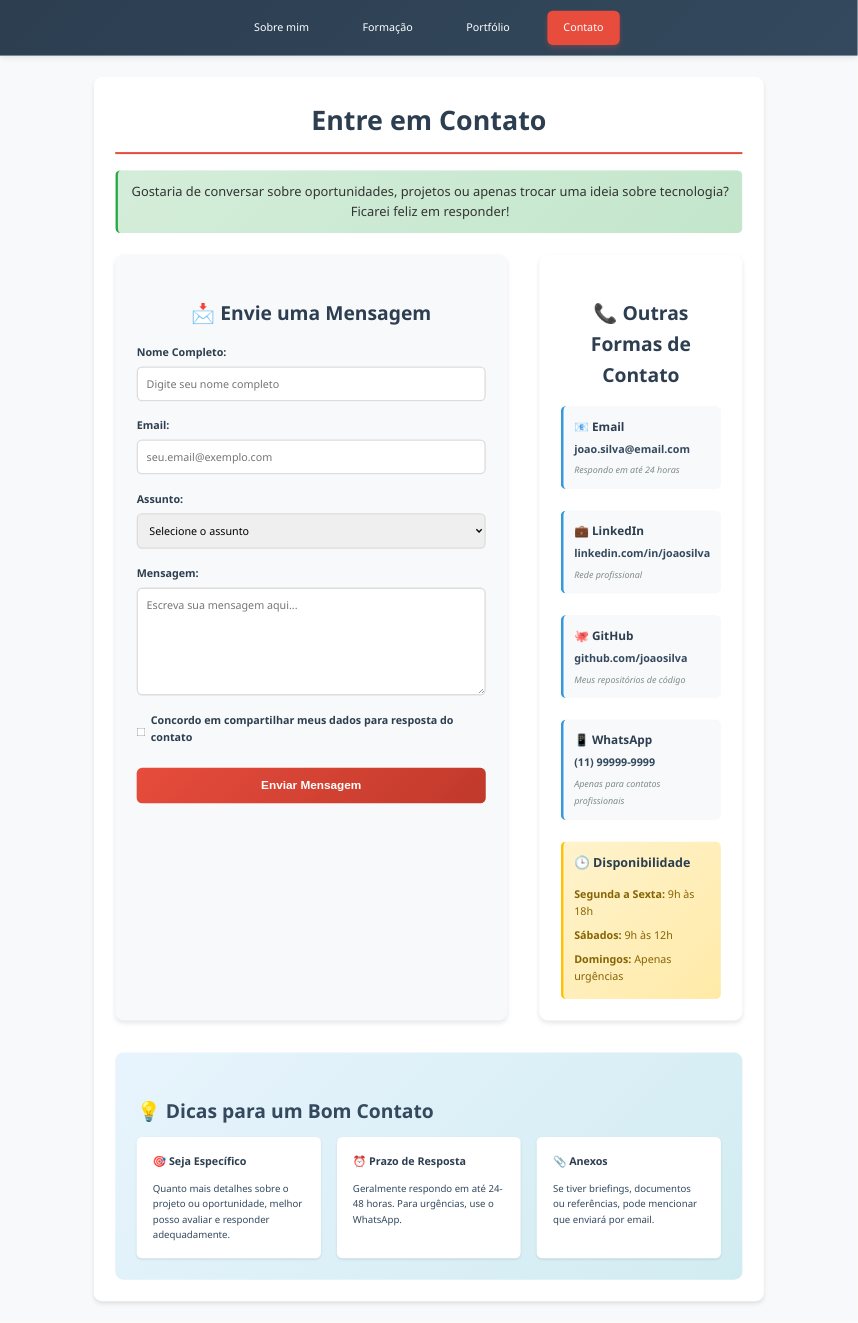
Repository: AnderHonorato/meu-portfolio
Page: contato.html
An editor plug-in stored every save of this project. The page is shown before and after the next save, followed by the edit.
The browser window is 1280 px wide. The pictures show the whole page, at 67% of full size.

Above is the page before, as saved 2025-08-26 19:59:50.

### contato.html
<!DOCTYPE html>
<html lang="pt-br">
<head>
    <meta charset="UTF-8">
    <meta name="viewport" content="width=device-width, initial-scale=1.0">
    <title>Contato - João Silva</title>
    <link rel="stylesheet" href="css/style.css">
</head>
<body>
    <!-- Menu de navegação idêntico em todas as páginas -->
    <nav class="menu">
        <ul>
            <li><a href="index.html">Sobre mim</a></li>
            <li><a href="formacao.html">Formação</a></li>
            <li><a href="portfolio.html">Portfólio</a></li>
            <li><a href="contato.html" class="ativo">Contato</a></li>
        </ul>
    </nav>

    <!-- Conteúdo específico da página de contato -->
    <main class="conteudo">
        <h1>Entre em Contato</h1>

        <p class="intro-contato">Gostaria de conversar sobre oportunidades, projetos ou apenas trocar uma ideia sobre tecnologia? Ficarei feliz em responder!</p>

        <div class="contato-container">
            <!-- Formulário de contato visual -->
            <div class="formulario-contato">
                <h2>📩 Envie uma Mensagem</h2>

                <!-- Formulário apenas visual (não funcional) -->
                <form class="form-contato" id="formContato">
                    <div class="campo">
                        <label for="nome">Nome Completo:</label>
                        <input type="text" id="nome" name="nome" placeholder="Digite seu nome completo" required>
                    </div>

                    <div class="campo">
                        <label for="email">Email:</label>
                        <input type="email" id="email" name="email" placeholder="seu.email@exemplo.com" required>
                    </div>

                    <div class="campo">
                        <label for="assunto">Assunto:</label>
                        <select id="assunto" name="assunto" required>
                            <option value="">Selecione o assunto</option>
                            <option value="oportunidade">Oportunidade de Trabalho</option>
                            <option value="projeto">Proposta de Projeto</option>
                            <option value="duvida">Dúvida Técnica</option>
                            <option value="networking">Networking</option>
                            <option value="outros">Outros</option>
                        </select>
                    </div>

                    <div class="campo">
                        <label for="mensagem">Mensagem:</label>
                        <textarea id="mensagem" name="mensagem" rows="6" placeholder="Escreva sua mensagem aqui..." required></textarea>
                    </div>

                    <!-- Checkbox de aceite -->
                    <div class="campo checkbox">
                        <input type="checkbox" id="aceite" name="aceite" required>
                        <label for="aceite">Concordo em compartilhar meus dados para resposta do contato</label>
                    </div>

                    <button type="submit" class="btn-enviar">Enviar Mensagem</button>
                </form>

                <!-- Mensagem de retorno (inicialmente oculta) -->
                <div id="mensagemRetorno" class="mensagem-retorno" style="display: none;">
                    <p>✅ Mensagem enviada com sucesso! Responderei em breve.</p>
                </div>
            </div>

            <!-- Informações de contato direto -->
            <div class="info-contato">
                <h2>📞 Outras Formas de Contato</h2>

                <div class="contato-item">
                    <h3>📧 Email</h3>
                    <p>joao.silva@email.com</p>
                    <small>Respondo em até 24 horas</small>
                </div>

                <div class="contato-item">
                    <h3>💼 LinkedIn</h3>
                    <p>linkedin.com/in/joaosilva</p>
                    <small>Rede profissional</small>
                </div>

                <div class="contato-item">
                    <h3>🐙 GitHub</h3>
                    <p>github.com/joaosilva</p>
                    <small>Meus repositórios de código</small>
                </div>

                <div class="contato-item">
                    <h3>📱 WhatsApp</h3>
                    <p>(11) 99999-9999</p>
                    <small>Apenas para contatos profissionais</small>
                </div>

                <!-- Horários de disponibilidade -->
                <div class="disponibilidade">
                    <h3>🕒 Disponibilidade</h3>
                    <ul>
                        <li><strong>Segunda a Sexta:</strong> 9h às 18h</li>
                        <li><strong>Sábados:</strong> 9h às 12h</li>
                        <li><strong>Domingos:</strong> Apenas urgências</li>
                    </ul>
                </div>
            </div>
        </div>

        <!-- Seção adicional com dicas de contato -->
        <div class="dicas-contato">
            <h2>💡 Dicas para um Bom Contato</h2>
            <div class="dicas-grid">
                <div class="dica-item">
                    <h4>🎯 Seja Específico</h4>
                    <p>Quanto mais detalhes sobre o projeto ou oportunidade, melhor posso avaliar e responder adequadamente.</p>
                </div>
                <div class="dica-item">
                    <h4>⏰ Prazo de Resposta</h4>
                    <p>Geralmente respondo em até 24-48 horas. Para urgências, use o WhatsApp.</p>
                </div>
                <div class="dica-item">
                    <h4>📎 Anexos</h4>
                    <p>Se tiver briefings, documentos ou referências, pode mencionar que enviará por email.</p>
                </div>
            </div>
        </div>
    </main>

    <!-- Script JavaScript simples para o formulário -->
    <script>
        // Adiciona interatividade básica ao formulário
        document.getElementById('formContato').addEventListener('submit', function(e) {
            e.preventDefault(); // Impede o envio real do formulário

            // Simula o envio e mostra mensagem de sucesso
            document.getElementById('mensagemRetorno').style.display = 'block';

            // Limpa os campos do formulário
            this.reset();

            // Scroll para a mensagem de retorno
            document.getElementById('mensagemRetorno').scrollIntoView({
                behavior: 'smooth'
            });
        });
    </script>
</body>
</html>

Loaded but not shown: css/style.css (689 lines, source omitted)

After the next save:
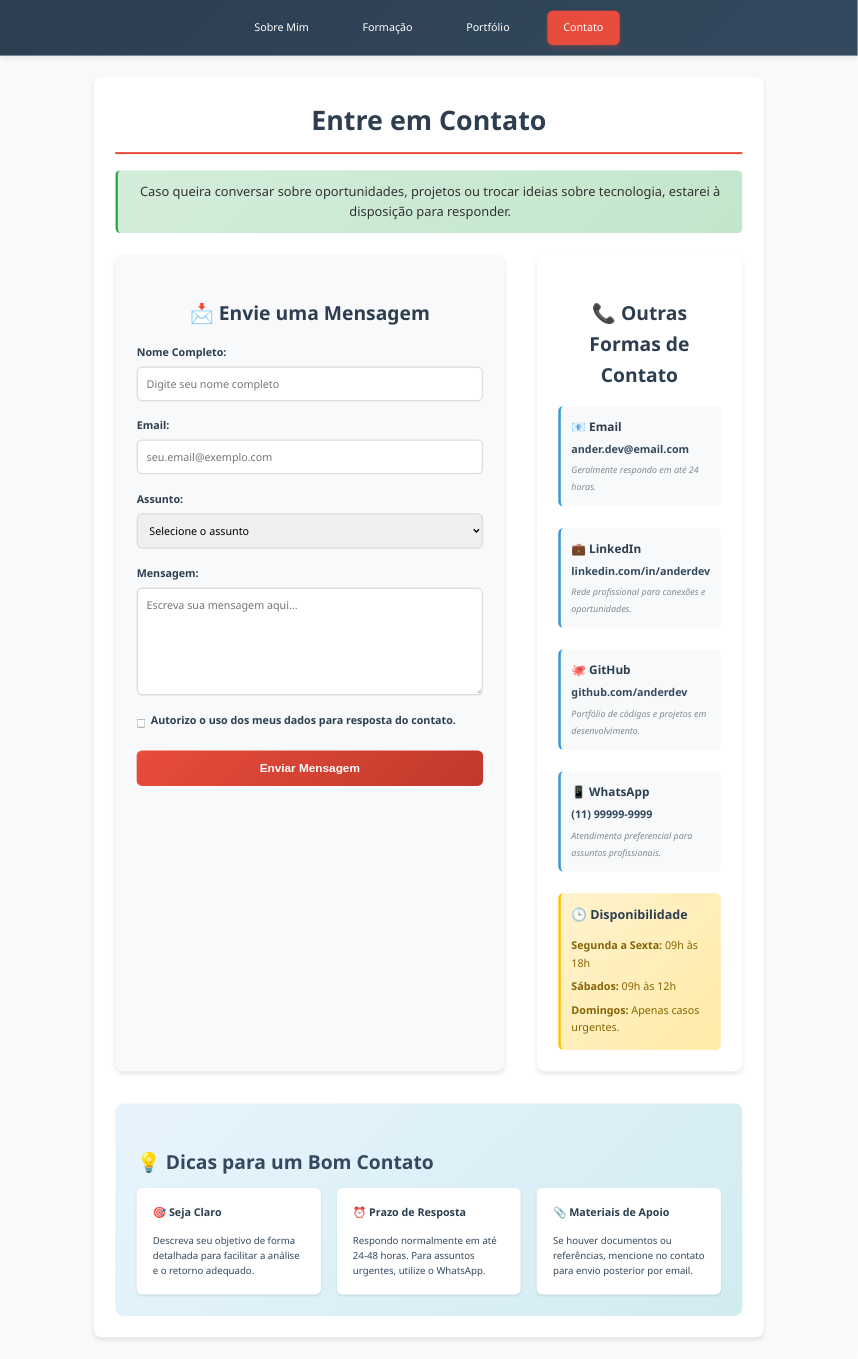
Saved 106 s later.
--- a/contato.html
+++ b/contato.html
@@ -3,32 +3,34 @@
 <head>
     <meta charset="UTF-8">
     <meta name="viewport" content="width=device-width, initial-scale=1.0">
-    <title>Contato - João Silva</title>
+    <title>Contato - Ander</title>
     <link rel="stylesheet" href="css/style.css">
 </head>
 <body>
-    <!-- Menu de navegação idêntico em todas as páginas -->
+    <!-- MENU DE NAVEGAÇÃO PADRÃO -->
     <nav class="menu">
         <ul>
-            <li><a href="index.html">Sobre mim</a></li>
+            <li><a href="index.html">Sobre Mim</a></li>
             <li><a href="formacao.html">Formação</a></li>
             <li><a href="portfolio.html">Portfólio</a></li>
             <li><a href="contato.html" class="ativo">Contato</a></li>
         </ul>
     </nav>
 
-    <!-- Conteúdo específico da página de contato -->
+    <!-- CONTEÚDO ESPECÍFICO DA PÁGINA DE CONTATO -->
     <main class="conteudo">
         <h1>Entre em Contato</h1>
 
-        <p class="intro-contato">Gostaria de conversar sobre oportunidades, projetos ou apenas trocar uma ideia sobre tecnologia? Ficarei feliz em responder!</p>
+        <p class="intro-contato">
+            Caso queira conversar sobre oportunidades, projetos ou trocar ideias sobre tecnologia, estarei à disposição para responder.
+        </p>
 
         <div class="contato-container">
-            <!-- Formulário de contato visual -->
+            <!-- FORMULÁRIO DE CONTATO -->
             <div class="formulario-contato">
                 <h2>📩 Envie uma Mensagem</h2>
 
-                <!-- Formulário apenas visual (não funcional) -->
+                <!-- FORMULÁRIO (APENAS VISUAL) -->
                 <form class="form-contato" id="formContato">
                     <div class="campo">
                         <label for="nome">Nome Completo:</label>
@@ -57,97 +59,89 @@
                         <textarea id="mensagem" name="mensagem" rows="6" placeholder="Escreva sua mensagem aqui..." required></textarea>
                     </div>
 
-                    <!-- Checkbox de aceite -->
+                    <!-- CHECKBOX DE CONFIRMAÇÃO -->
                     <div class="campo checkbox">
                         <input type="checkbox" id="aceite" name="aceite" required>
-                        <label for="aceite">Concordo em compartilhar meus dados para resposta do contato</label>
+                        <label for="aceite">Autorizo o uso dos meus dados para resposta do contato.</label>
                     </div>
 
                     <button type="submit" class="btn-enviar">Enviar Mensagem</button>
                 </form>
 
-                <!-- Mensagem de retorno (inicialmente oculta) -->
+                <!-- MENSAGEM DE RETORNO (OCULTA INICIALMENTE) -->
                 <div id="mensagemRetorno" class="mensagem-retorno" style="display: none;">
-                    <p>✅ Mensagem enviada com sucesso! Responderei em breve.</p>
+                    <p>✅ Mensagem enviada com sucesso! Retornarei o contato em breve.</p>
                 </div>
             </div>
 
-            <!-- Informações de contato direto -->
+            <!-- INFORMAÇÕES DE CONTATO DIRETO -->
             <div class="info-contato">
                 <h2>📞 Outras Formas de Contato</h2>
 
                 <div class="contato-item">
                     <h3>📧 Email</h3>
-                    <p>joao.silva@email.com</p>
-                    <small>Respondo em até 24 horas</small>
+                    <p>ander.dev@email.com</p>
+                    <small>Geralmente respondo em até 24 horas.</small>
                 </div>
 
                 <div class="contato-item">
                     <h3>💼 LinkedIn</h3>
-                    <p>linkedin.com/in/joaosilva</p>
-                    <small>Rede profissional</small>
+                    <p>linkedin.com/in/anderdev</p>
+                    <small>Rede profissional para conexões e oportunidades.</small>
                 </div>
 
                 <div class="contato-item">
                     <h3>🐙 GitHub</h3>
-                    <p>github.com/joaosilva</p>
-                    <small>Meus repositórios de código</small>
+                    <p>github.com/anderdev</p>
+                    <small>Portfólio de códigos e projetos em desenvolvimento.</small>
                 </div>
 
                 <div class="contato-item">
                     <h3>📱 WhatsApp</h3>
                     <p>(11) 99999-9999</p>
-                    <small>Apenas para contatos profissionais</small>
+                    <small>Atendimento preferencial para assuntos profissionais.</small>
                 </div>
 
-                <!-- Horários de disponibilidade -->
+                <!-- HORÁRIOS DE DISPONIBILIDADE -->
                 <div class="disponibilidade">
                     <h3>🕒 Disponibilidade</h3>
                     <ul>
-                        <li><strong>Segunda a Sexta:</strong> 9h às 18h</li>
-                        <li><strong>Sábados:</strong> 9h às 12h</li>
-                        <li><strong>Domingos:</strong> Apenas urgências</li>
+                        <li><strong>Segunda a Sexta:</strong> 09h às 18h</li>
+                        <li><strong>Sábados:</strong> 09h às 12h</li>
+                        <li><strong>Domingos:</strong> Apenas casos urgentes.</li>
                     </ul>
                 </div>
             </div>
         </div>
 
-        <!-- Seção adicional com dicas de contato -->
+        <!-- SEÇÃO DE DICAS DE CONTATO -->
         <div class="dicas-contato">
             <h2>💡 Dicas para um Bom Contato</h2>
             <div class="dicas-grid">
                 <div class="dica-item">
-                    <h4>🎯 Seja Específico</h4>
-                    <p>Quanto mais detalhes sobre o projeto ou oportunidade, melhor posso avaliar e responder adequadamente.</p>
+                    <h4>🎯 Seja Claro</h4>
+                    <p>Descreva seu objetivo de forma detalhada para facilitar a análise e o retorno adequado.</p>
                 </div>
                 <div class="dica-item">
                     <h4>⏰ Prazo de Resposta</h4>
-                    <p>Geralmente respondo em até 24-48 horas. Para urgências, use o WhatsApp.</p>
+                    <p>Respondo normalmente em até 24-48 horas. Para assuntos urgentes, utilize o WhatsApp.</p>
                 </div>
                 <div class="dica-item">
-                    <h4>📎 Anexos</h4>
-                    <p>Se tiver briefings, documentos ou referências, pode mencionar que enviará por email.</p>
+                    <h4>📎 Materiais de Apoio</h4>
+                    <p>Se houver documentos ou referências, mencione no contato para envio posterior por email.</p>
                 </div>
             </div>
         </div>
     </main>
 
-    <!-- Script JavaScript simples para o formulário -->
+    <!-- SCRIPT DE INTERATIVIDADE DO FORMULÁRIO -->
     <script>
-        // Adiciona interatividade básica ao formulário
+        // SIMULA O ENVIO DO FORMULÁRIO E MOSTRA MENSAGEM DE SUCESSO
         document.getElementById('formContato').addEventListener('submit', function(e) {
-            e.preventDefault(); // Impede o envio real do formulário
-
-            // Simula o envio e mostra mensagem de sucesso
+            e.preventDefault();
             document.getElementById('mensagemRetorno').style.display = 'block';
-
-            // Limpa os campos do formulário
             this.reset();
-
-            // Scroll para a mensagem de retorno
-            document.getElementById('mensagemRetorno').scrollIntoView({
-                behavior: 'smooth'
-            });
+            document.getElementById('mensagemRetorno').scrollIntoView({ behavior: 'smooth' });
         });
     </script>
 </body>
